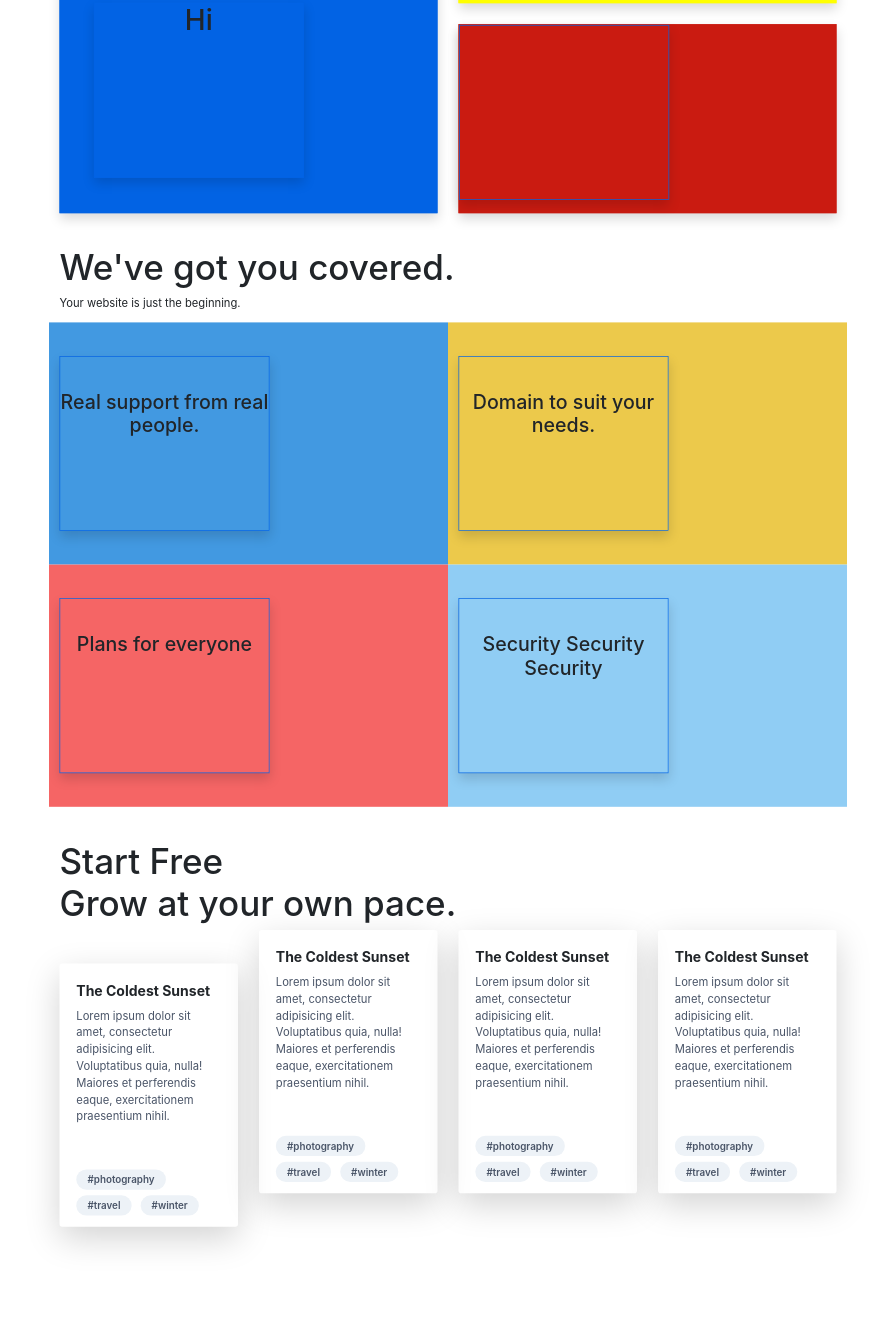
Repository: latenightsnacc/Static-Web-Projects
Page: Dunno Yet/index.html
These files come from the project's save history. The page is drawn as it stood at one moment and after the next save; the edit follows.
The browser window is 1280 px wide. The pictures show the part of the page from y = 2632 to 4552 px (the page is 4552 px tall), at 70% of full size.
The style sheet was rebuilt from its Sass, Less or Tailwind sources for each picture, by a compiler version that may differ from the author's.

Above is the page before, as saved 2020-11-11 10:54:09.

After the next save:
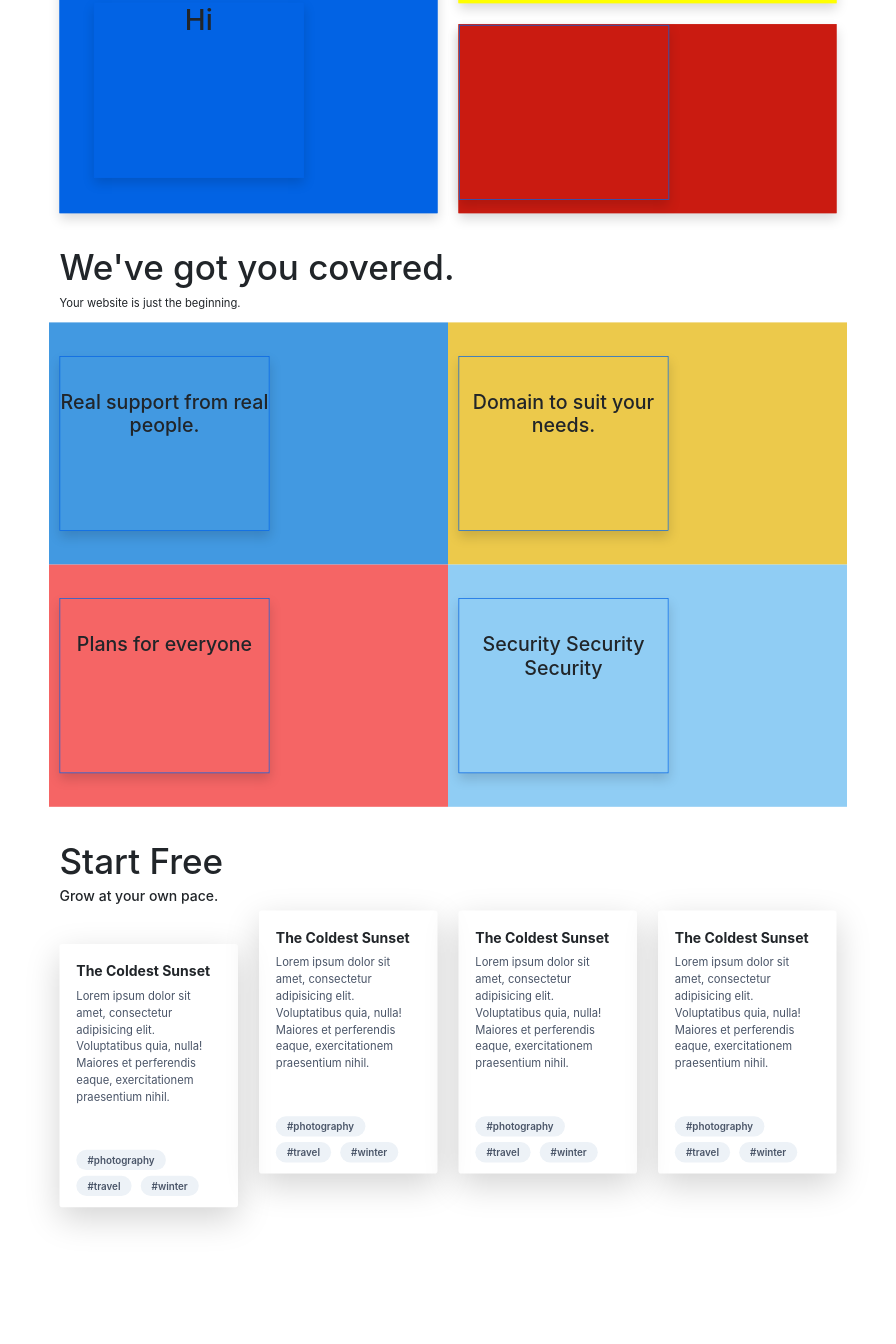
Saved 2 min 44 s later.
--- a/Dunno Yet/index.html
+++ b/Dunno Yet/index.html
@@ -218,7 +218,8 @@
     <section class="min-h-screen" id="pricing">
         <div class="container">
             <div class="title-box">
-                <h2 class="section-title">Start Free <br/> Grow at your own pace.</h2>
+                <h2 class="section-title">Start Free </h2>
+                <h5> Grow at your own pace.</h5>
             </div>
             <div class="row">
                 <div class="col-xs-12 col-s-12 col-md-3 col-lg-3 col-xl-3">
